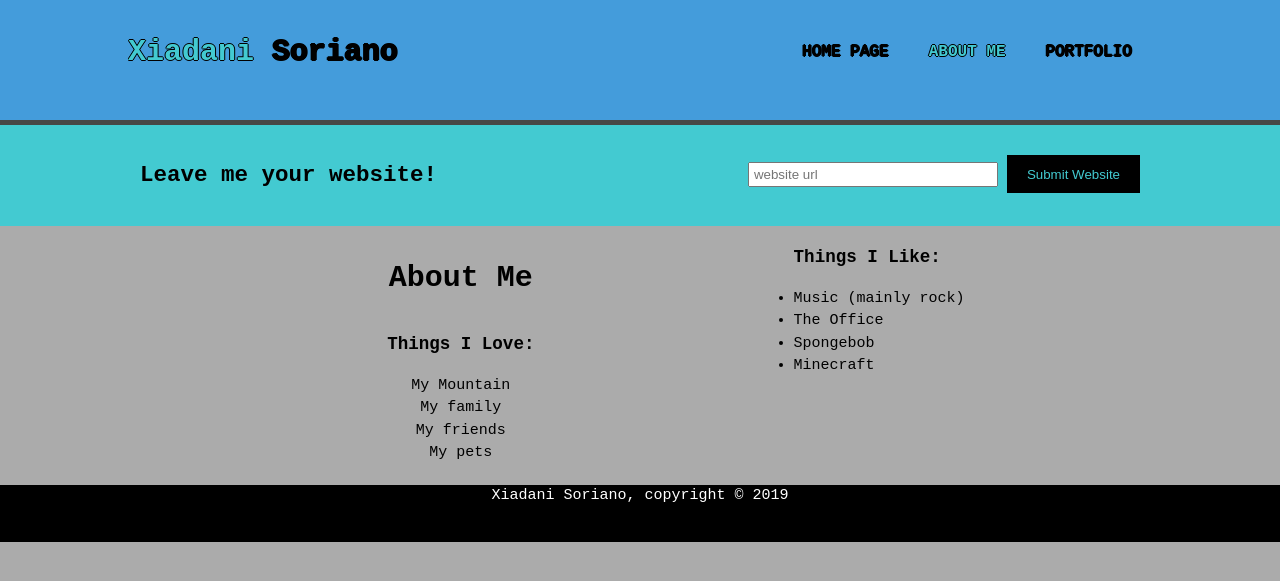
Repository: XiadaniSoriano/XiadaniSoriano2.github
Page: aboutme.html
The author's editor kept a record of every edit. The page is drawn from the files as they stood at one moment, then again after the next edit.
The browser window is 1280 px wide. The pictures show the whole page.

Above is the page before.

### aboutme.html
<html>


    <head>
        <meta charset="utf-8">
        <meta name="viewport" content="width=device-width">
        <meta name="description" content="This is my website">
        <meta name="keywords" content="Xiadani Soriano, XS">
        <meta name="author" content="Xiadani Soriano">
        <title> Xiadani Soriano | About Me </title>
        <link rel="stylesheet" href="./css/style.css">

    </head>

    <body>
        <header>
            <div class="container">
                <div id="branding">
                    <h1><span class="highlight"> Xiadani </span> Soriano </h1>
                </div>
                <nav>
                    <ul>
                        <li><a href="index.html"> Home Page </a></li>
                        <li class="current"><a href="aboutme.html"> About Me </a></li>
                        <li><a href="portfolio.html"> Portfolio </a></li>
                    </ul>
                </nav>
            </div>
        </header>

        <section id="newsletter">
            <div class="container">
                <h1> Leave me your website! </h1>
                <form>
                    <input type="text" placeholder="website url">
                    <button type="submit" class="button_1"> Submit Website </button>
                </form>
            </div>
        </section>

        <section id="main">
            <div class="container">
                <article id="main-col">
                    <h1 class="page-title"> About Me </h1>
                    <h3 class="list-heads"> Things I Love: </h3>
                    <ul>
                        <li> My Mountain </li>
                        <li> My family </li>
                        <li> My friends </li>
                        <li> My pets </li>
                    </ul>
                </article>

                <aside id="sidebar">
                    <h3> Things I Like: </h3>
                    <ul>
                        <li> Music (mainly rock) </li>
                        <li> The Office </li>
                        <li> Spongebob </li>
                        <li> Minecraft </li>
                    </ul>
                </aside>

            </div>
        </section>

        <footer>
            <p> Xiadani Soriano, copyright &copy; 2019 </p>
        </footer>
    </body>



</html>

### css/style.css
body{
    font-family: monospace, courier, sans-serif, cursive, helvetica;
    font-size: 15px;
    line-height: 1.5;
    padding: 0;
    margin: 0;
    background-color: #ababab;
}

/* Global */
.container{
  width: 80%;
  margin: auto;
  overflow: hidden;
}

ul {
  margin: 0;
  padding: 0;
}

.button_1{
  height: 38px;
  background: #000000;
  border: 0;
  padding-left: 20px;
  padding-right: 20px;
  color: #43cad1;
}

/* Header */
header {
  background: #449cdb;
  color: #000000;
  padding-top: 30px;
  min-height: 70px;
  border-bottom: #474747 5px solid;
}

header a {
  color: #000000;
  text-decoration: none;
  text-transform: uppercase;
  font-size: 16px;
}

header li{
  float: left;
  display: inline;
  padding: 0 20px 0 20px;
}

header #branding {
  float: left;
  text-shadow: -1px 0 black, 0 1px black, 1px 0 black, 0 -1px black;
}

header #branding h1 {
  margin: 0;
}

header nav {
  float: right;
  margin-top: 10px;
  text-shadow: -1px 0 black, 0 1px black, 1px 0 black, 0 -1px black;
}

header .highlight, header .current a{
  color: #43cad1;
  font-weight: bold;
}

header a:hover{
  color: #ed5c5c;
  font-weight: bold;
}


.page-title{
    font-size: 30px;
}

/* Showcase */
#showcase{
    min-height: 400px;
    background: url('../img/showcase.jpg') no-repeat;
    text-align: center;
    color: #ffffff;
}

#showcase h1{
    margin-top: 100px;
    font-size: 55px;
    margin-bottom: 10px;
}

#showcase p{
    font-size: 20px;
}

/* Showcase 2 */
#showcase2{
    min-height: 250px;
    background: url('../img/showcase.jpg') no-repeat 0 -50px;
    text-align: center;
    color: #ffffff;
}

#showcase2 h1{
    margin-top: 50px;
    font-size: 55px;
    margin-bottom: 10px;
}

#showcase2 p{
    font-size: 20px;
}

/* Newsletter */
#newsletter{
    padding: 15px;
    color: #000000;
    background: #43cad1;
}

#newsletter h1{
    float: left;
}

#newsletter form{
    float: right;
    margin-top: 15px;
}

#newsletter input[type="text"]{
    padding: 4px;
    height: 25px;
    width: 250px;
}

/* Boxes */
#boxes{
    margin-top: 20px;
}

#boxes .box{
    float:left;
    text-align: center;
    width: 30%;
    padding: 8px;
}

#boxes .box img{
    width: 90px;
}

img#me{
    border-radius: 20px;
    margin-top: 100px;
}

img#jr{
    border-radius: 20px;
    margin-top: 70px;
}

/* Sidebar */
aside#siadebar{
    float: right;
}

/* Main-col */
article#main-col{
    float: left;
    width: 65%;
    text-align: center;
}

footer{
    padding-bottom: 20px;
    margin-top: 20px;
    color: #ffffff;
    background-color: #000000;
    text-align: center;
}

/* Media Queries */
@media(max-width: 768px) {
  header #branding,
  header nav,
  header nav li,
  #newlsetter h1,
  #newsletter form,
  #boxes .box,
  article#main-col,
  aside#sidebar
{
    float: none;
    text-align: center;
    width: 100%
  }
}

header {
   padding-bottom: 20px;
  }

After the next edit:
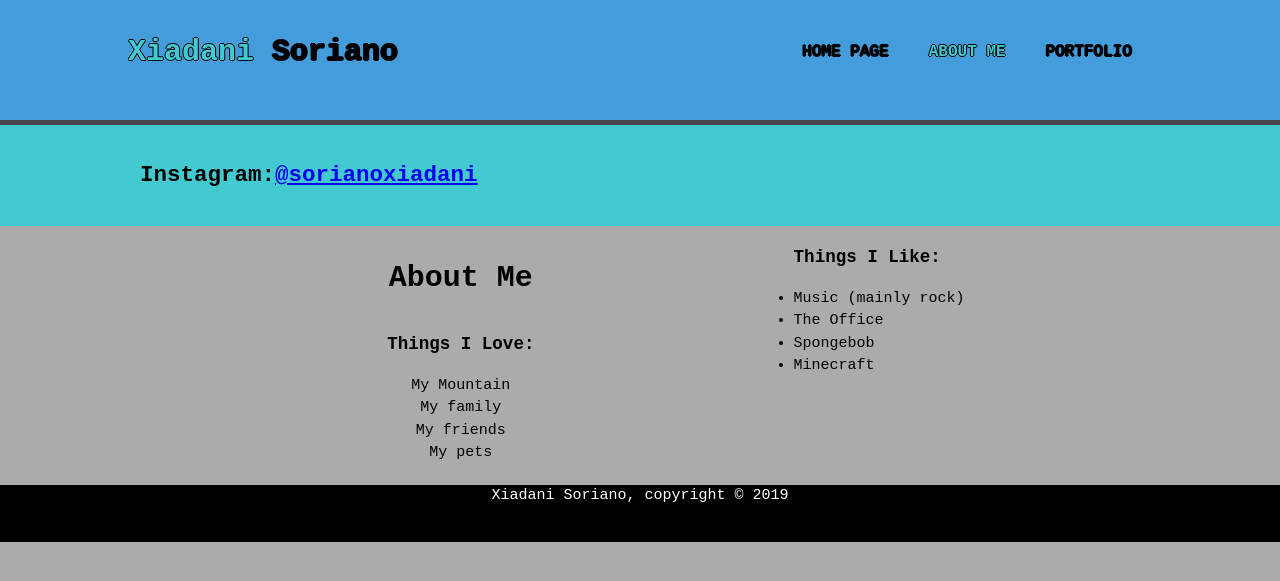
The edit:
--- a/aboutme.html
+++ b/aboutme.html
@@ -30,11 +30,7 @@
 
         <section id="newsletter">
             <div class="container">
-                <h1> Leave me your website! </h1>
-                <form>
-                    <input type="text" placeholder="website url">
-                    <button type="submit" class="button_1"> Submit Website </button>
-                </form>
+                <h1>Instagram:<a href="https://www.instagram.com/sorianoxiadani/">@sorianoxiadani</a></h1>
             </div>
         </section>
 
